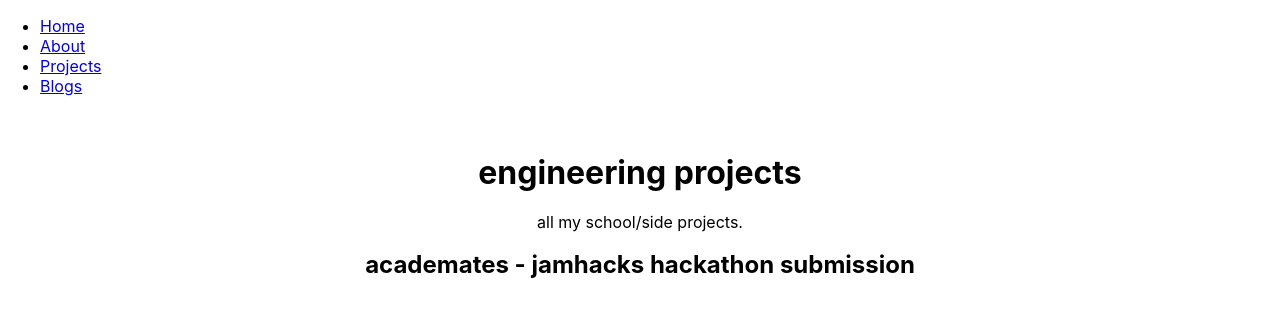
Repository: nicholaschen09/personalWebsite
Page: /projects/engineering
An editor plug-in stored every save of this project. The page is shown before and after the next save, followed by the edit.
The browser window is 1280 px wide. The pictures show the whole page.
The project was rebuilt for these pictures with package versions that can differ from the ones it lists, and the page was loaded fresh each time. Also part of the build but not shown: src/components/About.css, src/components/About.js, src/components/Home.js, src/components/Projects.css, src/components/Projects.js, src/components/Blog.css, src/components/Blog.js, src/components/Miscellaneous.css and 3 more.

Above is the page before, as saved 2024-07-17 22:34:03.

After the next save:
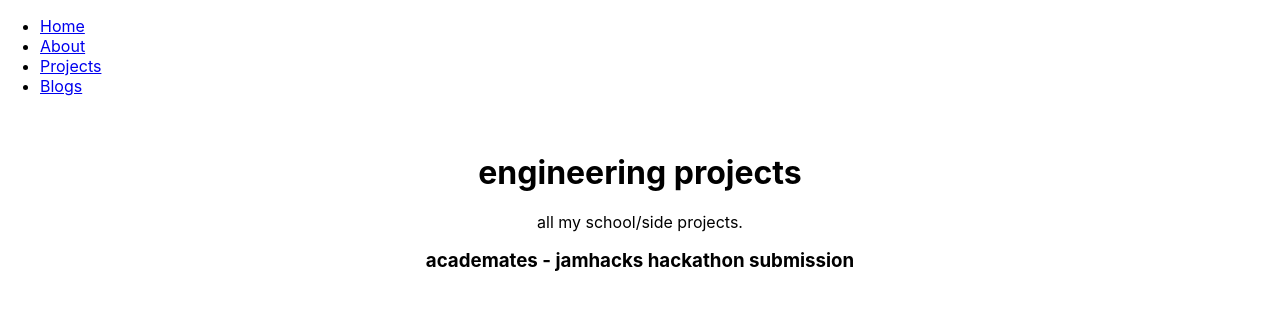
Saved 41 s later.
--- a/src/components/Engineering.js
+++ b/src/components/Engineering.js
@@ -7,7 +7,7 @@ const Engineering = () => {
             <h1>engineering projects </h1>
             <p>all my school/side projects.</p>
         <div className="academates"></div>
-            <h2>academates - jamhacks hackathon submission</h2>
+            <h3>academates - jamhacks hackathon submission</h3>
         </div>
 
 
